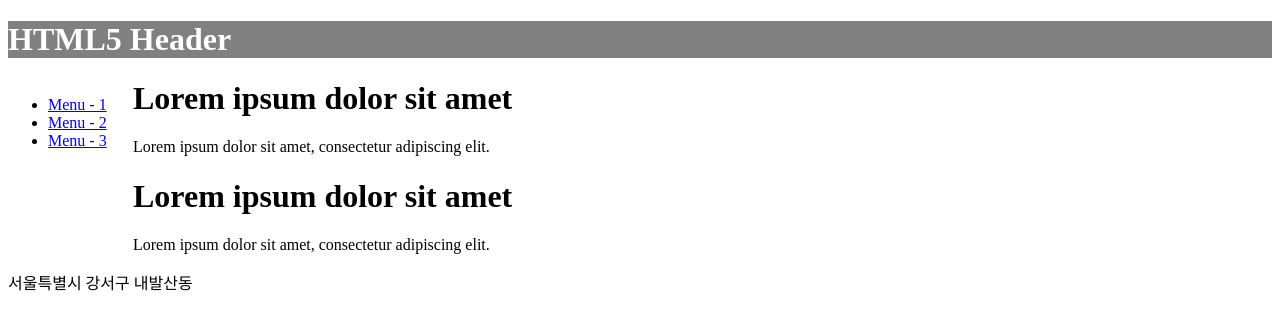
Repository: soso1525/bitcamp
Page: workspace/java-web/src/main/webapp/ch2/2-53.html
These files come from the project's save history. The page is drawn as it stood at one moment and after the next save; the edit follows.
The browser window is 1280 px wide. The pictures show the whole page.

Above is the page before, as saved 2017-12-12 08:10:14.

### workspace/java-web/src/main/webapp/ch2/2-53.html
<!DOCTYPE html>
<html>
<head>
    <title>HTML5 Basic</title>
    <style>
        div {
        }

        #sidebar {
            width: 120px;
            float: left;
        }

        #content {
            margin-left: 125px;
        }

        #header {
            background-color: gray;
            color: white;
        }

    </style>
</head>
<body>
    <div id="header">
        <h1>HTML5 Header</h1>
    </div>
    <div id="sidebar">
        <ul>
            <li><a href="#">Menu - 1</a></li>
            <li><a href="#">Menu - 2</a></li>
            <li><a href="#">Menu - 3</a></li>
        </ul>
    </div>
    <div id="content">
        <div>
            <h1>Lorem ipsum dolor sit amet</h1>
            <p>Lorem ipsum dolor sit amet, consectetur adipiscing elit.</p>
        </div>
        <div>
            <h1>Lorem ipsum dolor sit amet</h1>
            <p>Lorem ipsum dolor sit amet, consectetur adipiscing elit.</p>
        </div>
    </div>
    <div id="footer">
        <span>서울특별시 강서구 내발산동</span>
    </div>
</body>
</html>

After the next save:
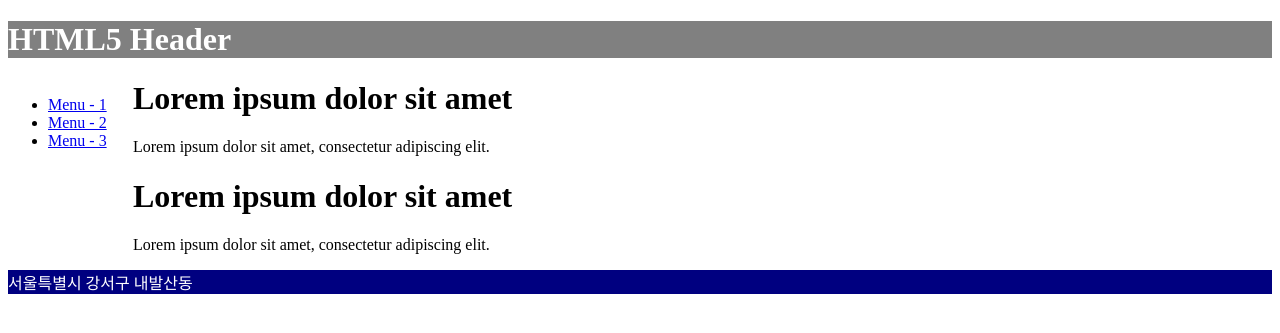
Saved 45 s later.
--- a/workspace/java-web/src/main/webapp/ch2/2-53.html
+++ b/workspace/java-web/src/main/webapp/ch2/2-53.html
@@ -17,6 +17,11 @@
 
         #header {
             background-color: gray;
+            color: white;
+        }
+
+        #footer {
+            background-color: navy;
             color: white;
         }
 
